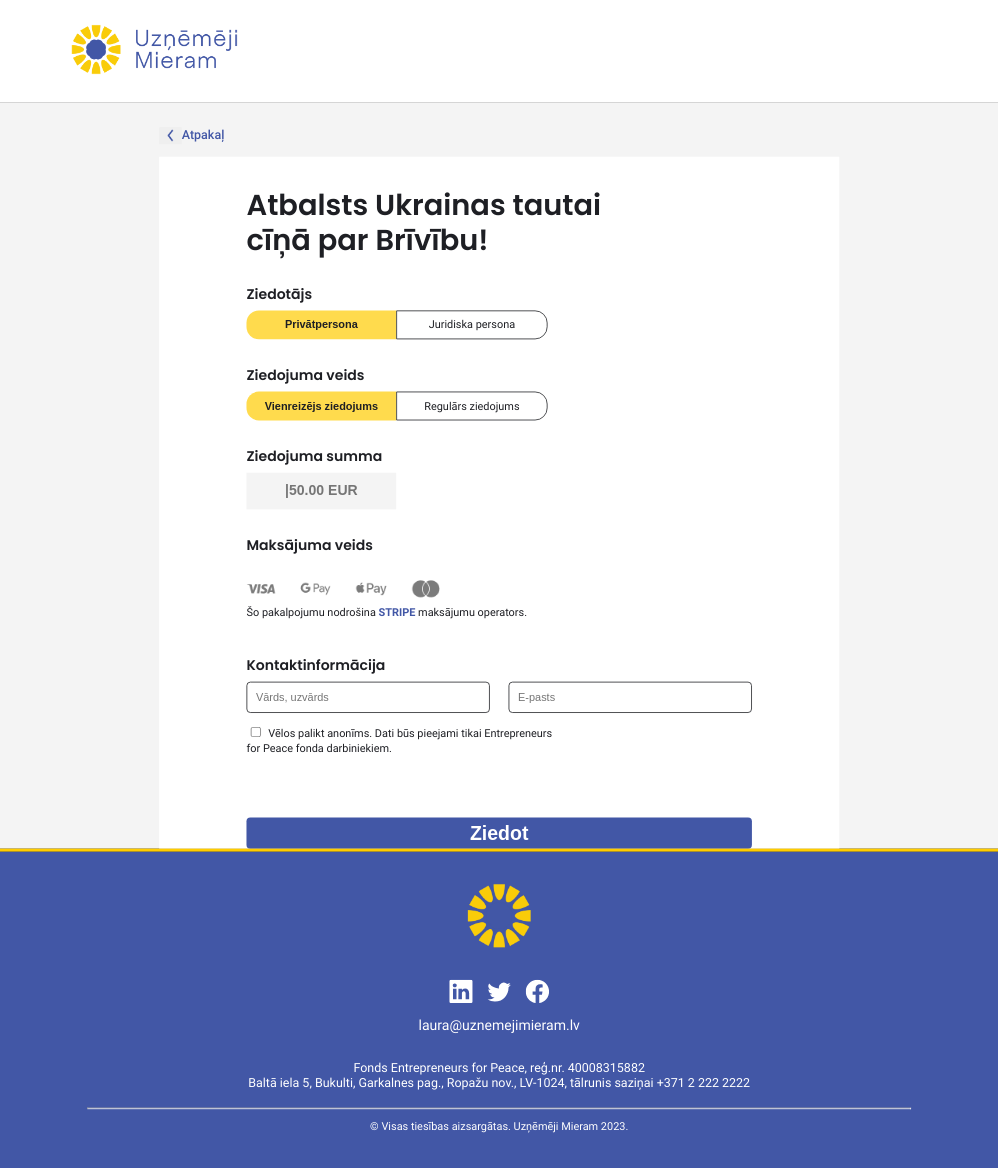
Repository: KatrinaPa/projekts_jul
Page: donate_Ukr-private-onetime.html
An editor plug-in stored every save of this project. The page is shown before and after the next save, followed by the edit.
The browser window is 1280 px wide. The pictures show the whole page, at 78% of full size.

Above is the page before, as saved 2023-07-21 12:18:58.
Console error: TypeError: Cannot read properties of null (reading 'addEventListener')

### donate_Ukr-private-onetime.html
<!DOCTYPE html>
<html lang="en">

<head>
    <meta charset="UTF-8">
    <meta http-equiv="X-UA-Compatible" content="IE=edge">
    <meta name="viewport" content="width=device-width, initial-scale=1.0">
    <title>Ukrainas tautai</title>
    <link href="https://fonts.googleapis.com/css2?family=Jost:wght@400;700&display=swap" rel="stylesheet" />
    <link rel="stylesheet" href="assets/main.css" />
    <link rel="stylesheet" href="assets/donate-page.css" />
    <link rel="stylesheet" href="assets/donate-page-private-onetime.css" />
    <link rel="stylesheet" href="https://cdnjs.cloudflare.com/ajax/libs/font-awesome/6.2.0/css/all.min.css" />
    <script src="assets/main.js" defer></script>
</head>

<body>
    <div class="panel">
        <header class="header">
            <div class="header-content">
                <nav class="navbar">
                    <a href="sakums.html" id="project-nav-home"><img src="assets/images/UM_logo.png"
                            alt="uznemejiMieram" id="logo"></a>
                    <a href="sakums.html" id="project-nav-home-mob"><img src="assets/images/UM_simbols.png"
                            alt="uznemejiMieram" id="logo-mob"></a>
                </nav>
            </div>
        </header>
        <section id="donate_wrapper" class="donate_section">
            <div class="section-content">
                <div class="donate-centred">

                    <div class="back-toProject"><a href="sakums.html">
                            <button class="back-btn">
                                <img src="assets/images/arrow_left.png" alt="left" id="arrow-left">
                            </button>
                            <div>
                                <div>Atpakaļ</div>
                            </div>
                        </a></div>

                    <div class="donate_page">
                        <h1>Atbalsts Ukrainas tautai cīņā par Brīvību!</h1>
                        <div class="donation_type">
                            <h4>Ziedotājs</h4>
                            <div>
                                <button class="individual" id="individual-donate">Privātpersona</button>
                                <a href="donate_Ukr-legal-onetime.html" class="legal" id="legal-donate">Juridiska
                                    persona</a>
                            </div>
                            <h4>Ziedojuma veids</h4>
                            <div>
                                <button class="one-time" id="one-time-donate">Vienreizējs ziedojums</button>
                                <a href="donate_Ukr-private-regular.html" class="regular" id="regular-donate">Regulārs
                                    ziedojums</a>
                            </div>
                            <h4>Ziedojuma summa</h4>
                            <div>
                                <input class="enter-donation" type="text" placeholder="|50.00 EUR" />
                            </div>
                            <h4>Maksājuma veids</h4>
                            <div class="payment_logo">
                                <img src="assets/images/Visa_logo.png" alt="Visa" id="visa_logo">
                                <img src="assets/images/googlepay_logo.png" alt="Google Pay" id="google-pay_logo">
                                <img src="assets/images/applepay_logo.png" alt="Apple Pay" id="apple-pay_logo">
                                <img src="assets/images/MasterCard_logo.png" alt="MasterCard" id="master-card_logo">
                            </div>
                            <p>Šo pakalpojumu nodrošina <span>STRIPE</span> maksājumu operators.</p>
                        </div>
                        <div class="contact-details">
                            <h4>Kontaktinformācija</h4>
                            <form action="#" class="placehold_button">
                                <div class="inputs-details">
                                    <input type="text" placeholder="Vārds, uzvārds" />
                                    <input type="email" placeholder="E-pasts" />
                                </div>
                                <div class="checkbox_display">
                                    <div>
                                        <input type="checkbox" name="no-display" id="display-no" />
                                        <label for="display-no">Vēlos palikt anonīms. Dati būs pieejami tikai
                                            Entrepreneurs for Peace fonda darbiniekiem.</label>
                                    </div>
                                </div>
                                <button type="submit" class="buttonContinue">Ziedot</button>
                            </form>
                        </div>
                    </div>
                </div>
            </div>
        </section>
        <div class="yellow-bottom"></div>
        </main>
        <footer>
            <div class="about">
                <img src="assets/images/UM_simbols.png" alt="uznemejiMieram">
                <div class="social">
                    <svg xmlns="http://www.w3.org/2000/svg" width="30" height="30" fill="#ffffff" class="bi bi-linkedin"
                        viewBox="0 0 16 16">
                        <path
                            d="M0 1.146C0 .513.526 0 1.175 0h13.65C15.474 0 16 .513 16 1.146v13.708c0 .633-.526 1.146-1.175 1.146H1.175C.526 16 0 15.487 0 14.854V1.146zm4.943 12.248V6.169H2.542v7.225h2.401zm-1.2-8.212c.837 0 1.358-.554 1.358-1.248-.015-.709-.52-1.248-1.342-1.248-.822 0-1.359.54-1.359 1.248 0 .694.521 1.248 1.327 1.248h.016zm4.908 8.212V9.359c0-.216.016-.432.08-.586.173-.431.568-.878 1.232-.878.869 0 1.216.662 1.216 1.634v3.865h2.401V9.25c0-2.22-1.184-3.252-2.764-3.252-1.274 0-1.845.7-2.165 1.193v.025h-.016a5.54 5.54 0 0 1 .016-.025V6.169h-2.4c.03.678 0 7.225 0 7.225h2.4z" />
                    </svg>
                    <svg xmlns="http://www.w3.org/2000/svg" width="30" height="30" fill="#ffffff" class="bi bi-twitter"
                        viewBox="0 0 16 16">
                        <path
                            d="M5.026 15c6.038 0 9.341-5.003 9.341-9.334 0-.14 0-.282-.006-.422A6.685 6.685 0 0 0 16 3.542a6.658 6.658 0 0 1-1.889.518 3.301 3.301 0 0 0 1.447-1.817 6.533 6.533 0 0 1-2.087.793A3.286 3.286 0 0 0 7.875 6.03a9.325 9.325 0 0 1-6.767-3.429 3.289 3.289 0 0 0 1.018 4.382A3.323 3.323 0 0 1 .64 6.575v.045a3.288 3.288 0 0 0 2.632 3.218 3.203 3.203 0 0 1-.865.115 3.23 3.23 0 0 1-.614-.057 3.283 3.283 0 0 0 3.067 2.277A6.588 6.588 0 0 1 .78 13.58a6.32 6.32 0 0 1-.78-.045A9.344 9.344 0 0 0 5.026 15z" />
                    </svg>
                    <svg xmlns="http://www.w3.org/2000/svg" width="30" height="30" fill="#ffffff" class="bi bi-facebook"
                        viewBox="0 0 16 16">
                        <path
                            d="M16 8.049c0-4.446-3.582-8.05-8-8.05C3.58 0-.002 3.603-.002 8.05c0 4.017 2.926 7.347 6.75 7.951v-5.625h-2.03V8.05H6.75V6.275c0-2.017 1.195-3.131 3.022-3.131.876 0 1.791.157 1.791.157v1.98h-1.009c-.993 0-1.303.621-1.303 1.258v1.51h2.218l-.354 2.326H9.25V16c3.824-.604 6.75-3.934 6.75-7.951z" />
                    </svg>
                </div>
                <div class="contacts">
                    <p>laura@uznemejimieram.lv</p>
                    <p>Fonds Entrepreneurs for Peace, reģ.nr. 40008315882 <br> Baltā iela 5, Bukulti, Garkalnes pag.,
                        Ropažu
                        nov., LV-1024, tālrunis saziņai +371 2 222 2222</p>
                </div>
            </div>
            <div class="copy">
                <hr>
                <p>© Visas tiesības aizsargātas. Uzņēmēji Mieram 2023.</p>
            </div>
        </footer>
    </div>

</body>

</html>

### assets/donate-page.css
#donate_wrapper {
    background-color: #f4f4f4;
}

.donate_section {
    font-family: 'Roboto';
}

.donate-centred {
    display: flex;
    align-items: center;
    flex-direction: column;
}

.back-toProject {
    width: 54.5rem;
    padding: 2rem 0 1rem 0;
}

.back-toProject a {
    text-decoration: none;
    color: #4257A6;
    font-size: 16px;
    font-weight: 500;
    margin-block-start: 0;
    display: flex;
}

.back-btn {
    border: 0;
    cursor: pointer;
}

.back-btn img {
    width: 45%;
    padding-top: 0.1rem;
}

.donate_page {
    width: 54.5rem;
    background-color: #ffffff;
    color: #1E1F24;
}

h1 {
    color: #1E1F24;
    font-weight: 600;
    font-size: 37px;
    line-height: 45px;
    padding: 2.5rem 7rem 0 7rem;
    width: 60%;
}

.donation_type {
    padding: 0 7rem 0 7rem;
}

h4 {
    font-size: 18px;
    font-weight: 600;
    margin: 2rem 0 0.5rem 0;
    font-family: 'Poppins';
}

.donation_type div {
    display: flex;
    flex-direction: row;
    justify-content: flex-start;
}

.info-regular {
    display: flex;
    gap: 0.6rem;
}

.info-regular img {
    width: 18px;
    height: 18px;
    margin-block-start: 1.2rem;
}

.donation_type p {
    font-size: 14px;
    font-weight: 400;
    margin-block-start: 0.7rem;
}

.donation_type span {
    color: #4257A6;
    font-weight: 600;
}

.checkbox_display {
    width: 63%;
    display: flex;
    margin-bottom: 2.5rem;
    gap: 0.6rem;
}

.checkbox_display img {
    width: 18px;
    height: 18px;
}

#display-no {
    width: 1.5rem;
    margin: 0;
}

.checkbox_display label {
    font-size: 14px;
    font-weight: 400;
}

.one-time,
.individual {
    color: #1E1F24;
    font-size: 14px;
    padding: 0.6rem 0;
    width: 12rem;
    text-align: center;
    text-decoration: none;
    border: none;
    border-radius: 16px 0 0 16px;
    font-weight: 400;
    margin-block-end: 0;
    cursor: pointer;
}

.legal,
.regular {
    color: #1E1F24;
    font-size: 14px;
    padding: 0.6rem 0;
    width: 12rem;
    text-align: center;
    text-decoration: none;
    border: none;
    border-radius: 0 16px 16px 0;
    font-weight: 400;
    margin-block-end: 0;
    cursor: pointer;
}

.legal:hover,
.regular:hover,
.one-time:hover,
.individual:hover {
    background-color: #ffcc00;
    font-weight: 600;
}

.enter-donation {
    background-color: #f4f4f4;
    color: #615c5c;
    font-size: 18px;
    padding: 0.8rem 0;
    width: 12rem;
    text-align: center;
    border: none;
    font-weight: 600;
    margin-block-start: 0;
}

.payment_logo {
    align-items: center;
    gap: 2rem;
    margin-top: 2rem;
}

#visa_logo,
#google-pay_logo,
#apple-pay_logo,
#master-card_logo {
    cursor: pointer;
}

.contact-details {
    display: flex;
    flex-direction: column;
    padding: 0 7rem 0 7rem;
}

.inputs-details {
    display: flex;
    gap: 1.5rem;
    margin-bottom: 1rem;
}

.contact-details input {
    border-radius: 5px;
    padding: 0.7rem 0.7rem;
    width: 100%;
    border: solid 1px #1E1F24;
    font-size: 14px;
}

.buttonContinue {
    margin-top: 2.5rem;
    width: 100%;
    background-color: #4257A6;
    color: #ffffff;
    font-size: 25px;
    font-weight: 600;
    height: 2.5rem;
    text-decoration: none;
    border-radius: 5px;
    border: none;
    align-items: center;
    justify-content: center;
    cursor: pointer;
}

.yellow-bottom {
    height: 0.25rem;
    background-color: #ffcc00;
}

@media (min-width: 1280px) {

    .section-content {
        margin: 0 auto;
        padding: 0;
    }
}

@media screen and (max-width: 1279px) {

    .back-toProject {
        width: 84%;
    }

    .donate_page {
        width: 26rem;
    }

    .inputs-details {
        gap: 0.5rem;
    }
}

@media screen and (max-width: 700px) {

    .back-toProject {
        width: 87%;
    }

    .inputs-details {
        margin-bottom: 2rem;
        flex-direction: column;
    }

    .placehold_button {
        padding-right: 2rem;
    }

    .one-time,
    .regular,
    .individual,
    .legal {
        width: 11rem;
    }

    .donate_page {
        width: 19rem;
        padding: 2rem 1rem 4rem 1rem;
    }
}

### assets/donate-page-private-onetime.css
#one-time-donate {
    background-color: #FFDB4D;
    font-weight: 600;
    cursor: auto;
}

#regular-donate {
    background-color: #ffffff;
    border: 1px solid #1E1F24;
}

#regular-donate:hover {
    background-color: #ffcc00;
    border: none;
}

#individual-donate {
    background-color: #FFDB4D;
    font-weight: 600;
    cursor: auto;
}

#legal-donate {
    background-color: #ffffff;
    border: 1px solid #1E1F24;
}

#legal-donate:hover {
    background-color: #ffcc00;
    border: none;
}

Loaded but not shown: assets/main.js (97 lines, source omitted); assets/main.css (1433 lines, source omitted)

After the next save:
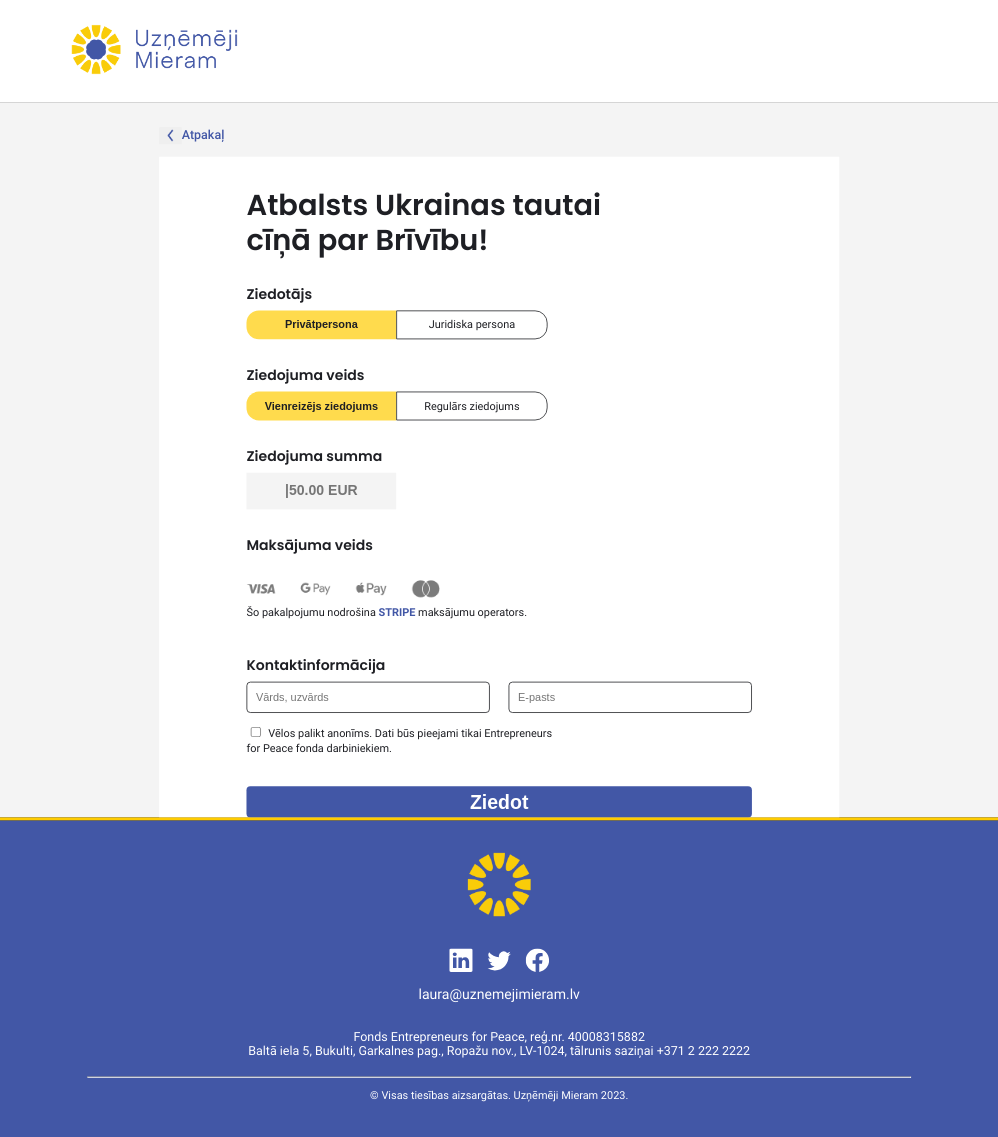
Saved 68 s later.
--- a/assets/donate-page.css
+++ b/assets/donate-page.css
@@ -92,9 +92,6 @@
 
 .checkbox_display {
     width: 63%;
-    display: flex;
-    margin-bottom: 2.5rem;
-    gap: 0.6rem;
 }
 
 .checkbox_display img {
